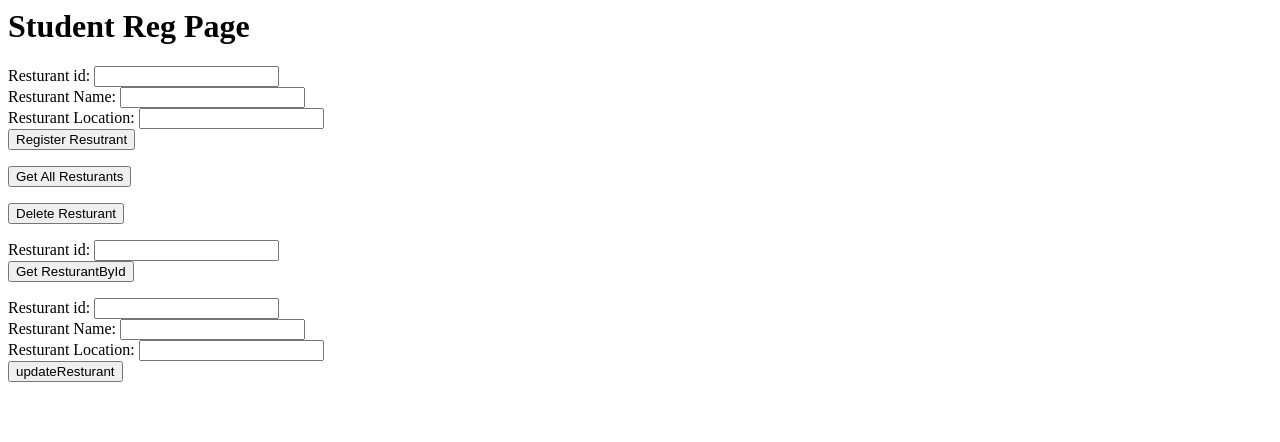
Repository: saikrishnaDsk/DelNex4D
Page: http://localhost/SprHibdelnex4d/WEB-INF/views/resturanthome.jsp
The author's editor kept a copy of each file at every save. The page is drawn from the files as they stood at one save, then again after the next save.
The browser window is 1280 px wide. The pictures show the whole page.
The page is served by Tomcat 9. Nobody is signed in. Other server files are loaded and not shown. The template is opened directly, without the code that normally fills it, so the values that code supplies are empty.

Above is the page before, as saved 2020-01-13 09:37:38.

### workspace-sts-3.9.9.RELEASE/SprHibdelnex4d/src/main/webapp/WEB-INF/views/resturanthome.jsp
<%@ taglib uri="http://java.sun.com/jsp/jstl/core" prefix="c"%>
<%@ page session="false"%>
<html>
<head>
<title>Home</title>
</head>
<body>

	<h1>Student Reg Page</h1>


	<form action="saveResturant">


		Resturant id:		<input type="text" name="rid"> <br>
		Resturant Name:		<input type="text" name="name"> <br>
		Resturant Location:	<input type="text" name="location"> <br>

						<input type="submit" value="Register Resutrant"><br>
	</form>

	<form action="getAllResturants">

						<input type="submit" value="Get All Resturants">
	</form>
	<form action="deleteResturant">

						<input type="submit" value="Delete Resturant">
	</form>
	<form action="getResturantById">
	 	Resturant id:	<input type="text" name="rid"> <br>
						<input type="submit" value="Get ResturantById">
	</form>
	<form action="updateResturant">
 						Resturant id:		<input type="text" name="rid"> <br>
						Resturant Name:		<input type="text" name="name"> <br>
						Resturant Location:	<input type="text" name="location"> <br>

						<input type="submit" value="updateResturant"><br>
	</form>

</body>
</html>

After the next save:
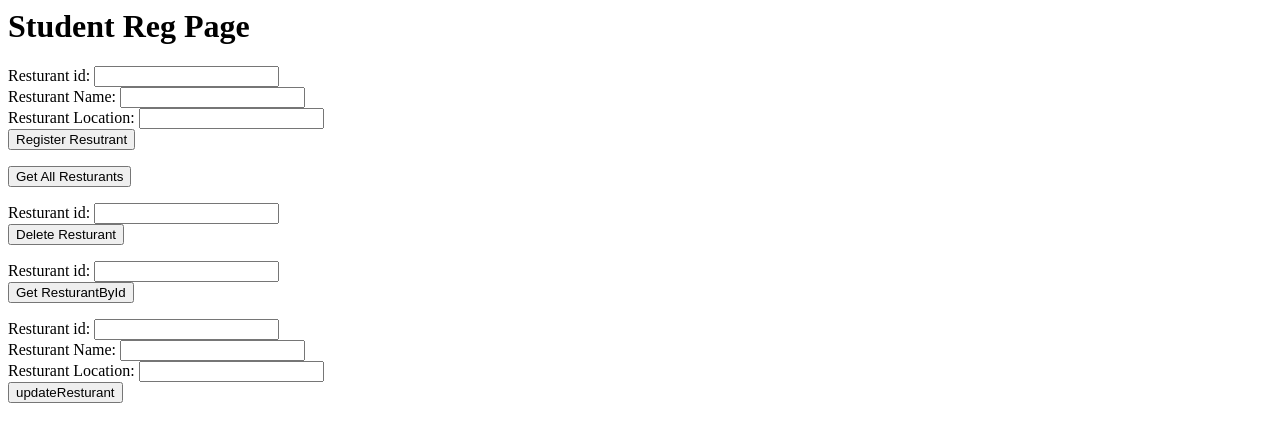
Saved 29 s later.
--- a/workspace-sts-3.9.9.RELEASE/SprHibdelnex4d/src/main/webapp/WEB-INF/views/resturanthome.jsp
+++ b/workspace-sts-3.9.9.RELEASE/SprHibdelnex4d/src/main/webapp/WEB-INF/views/resturanthome.jsp
@@ -24,7 +24,7 @@
 						<input type="submit" value="Get All Resturants">
 	</form>
 	<form action="deleteResturant">
-
+ 		Resturant id:	<input type="text" name="rid"> <br>
 						<input type="submit" value="Delete Resturant">
 	</form>
 	<form action="getResturantById">
